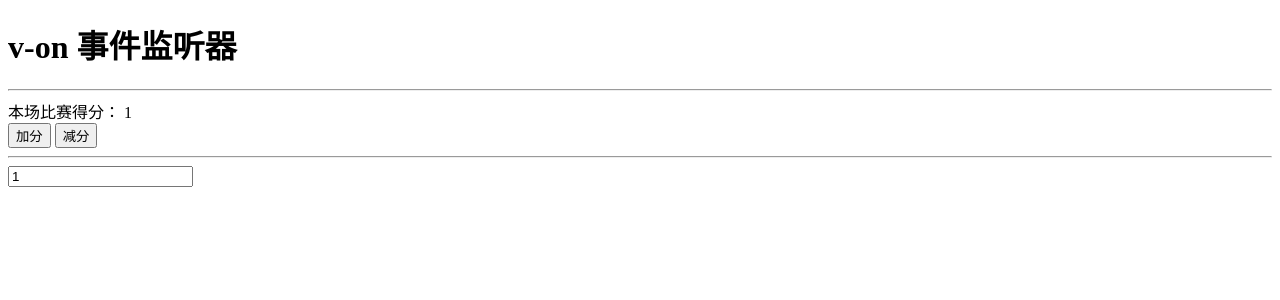
Repository: 13982720426/vue2.0-LearningNotes
Page: example/v-model.html
The author's editor kept a copy of each file at every save. The page is drawn from the files as they stood at one save, then again after a run of saves.
The browser window is 1280 px wide. The pictures show the whole page.

Above is the page before, as saved 2021-06-17 20:36:32.

After the next 2 saves:
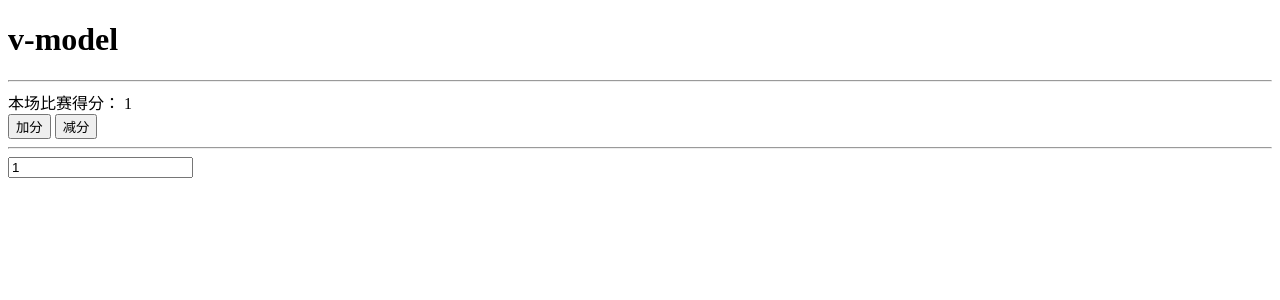
The 2 saves are shown as one change because they came seconds apart.
The last was saved 4 min 34 s later.
--- a/example/v-model.html
+++ b/example/v-model.html
@@ -3,10 +3,10 @@
   <head>
     <meta charset="UTF-8" />
     <script type="text/javascript" src="../assets/js/vue.js"></script>
-    <title>v-on事件监听器</title>
+    <title>v-model</title>
   </head>
   <body>
-    <h1>v-on 事件监听器</h1>
+    <h1>v-model</h1>
     <hr />
     <div id="app">
       本场比赛得分： {{count}}
